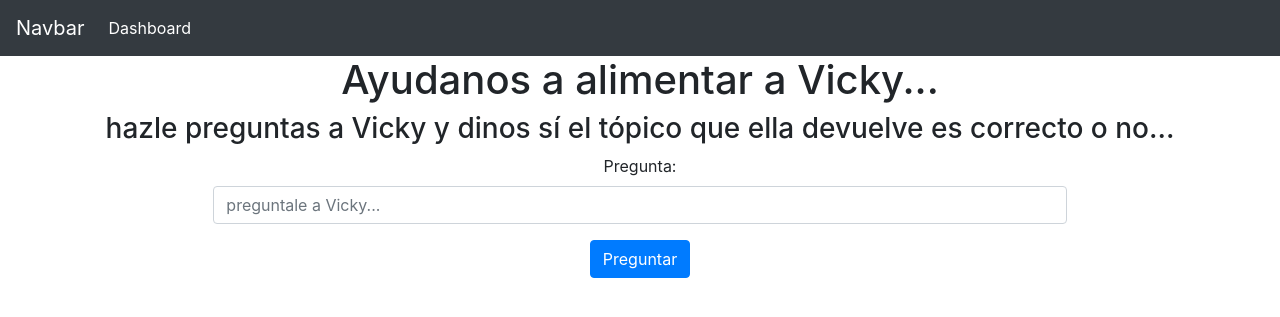
Repository: Crixtiancub/feedback_Vicky
Page: http://localhost/
These files come from the project's save history. The page is drawn as it stood at one moment and after the next save; the edit follows.
The browser window is 1280 px wide. The pictures show the whole page.
The page is served by the project's application, run on Django 3.2 (manage.py).

Above is the page before, as saved 2021-04-29 09:06:27.

After the next save:
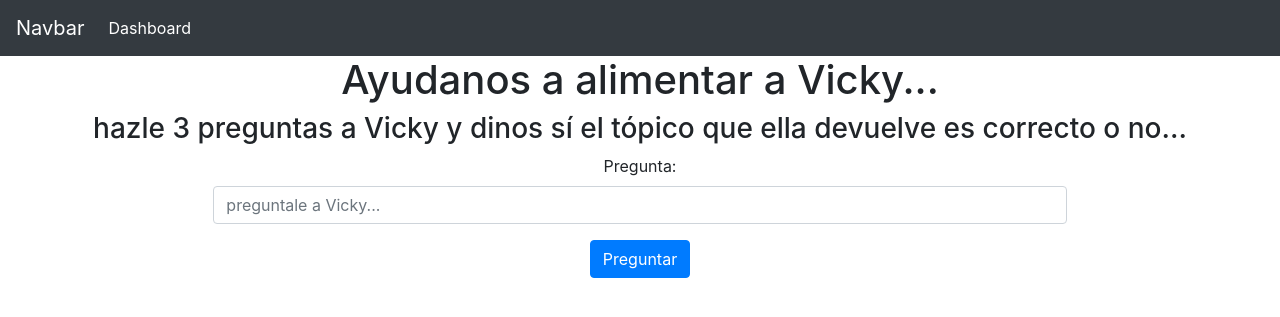
Saved 15 s later.
--- a/vicky/templates/dashboard.html
+++ b/vicky/templates/dashboard.html
@@ -5,7 +5,7 @@
 <center>
     <h1>Ayudanos a alimentar a Vicky...</h1>
 
-    <h3>hazle {{contexto.num_visits}} preguntas a Vicky y dinos sí el tópico que ella
+    <h3>hazle {{visitas.num_visits}} preguntas a Vicky y dinos sí el tópico que ella
         devuelve es correcto o no...</h3>
 
     <form action="{% url 'home' %}">
